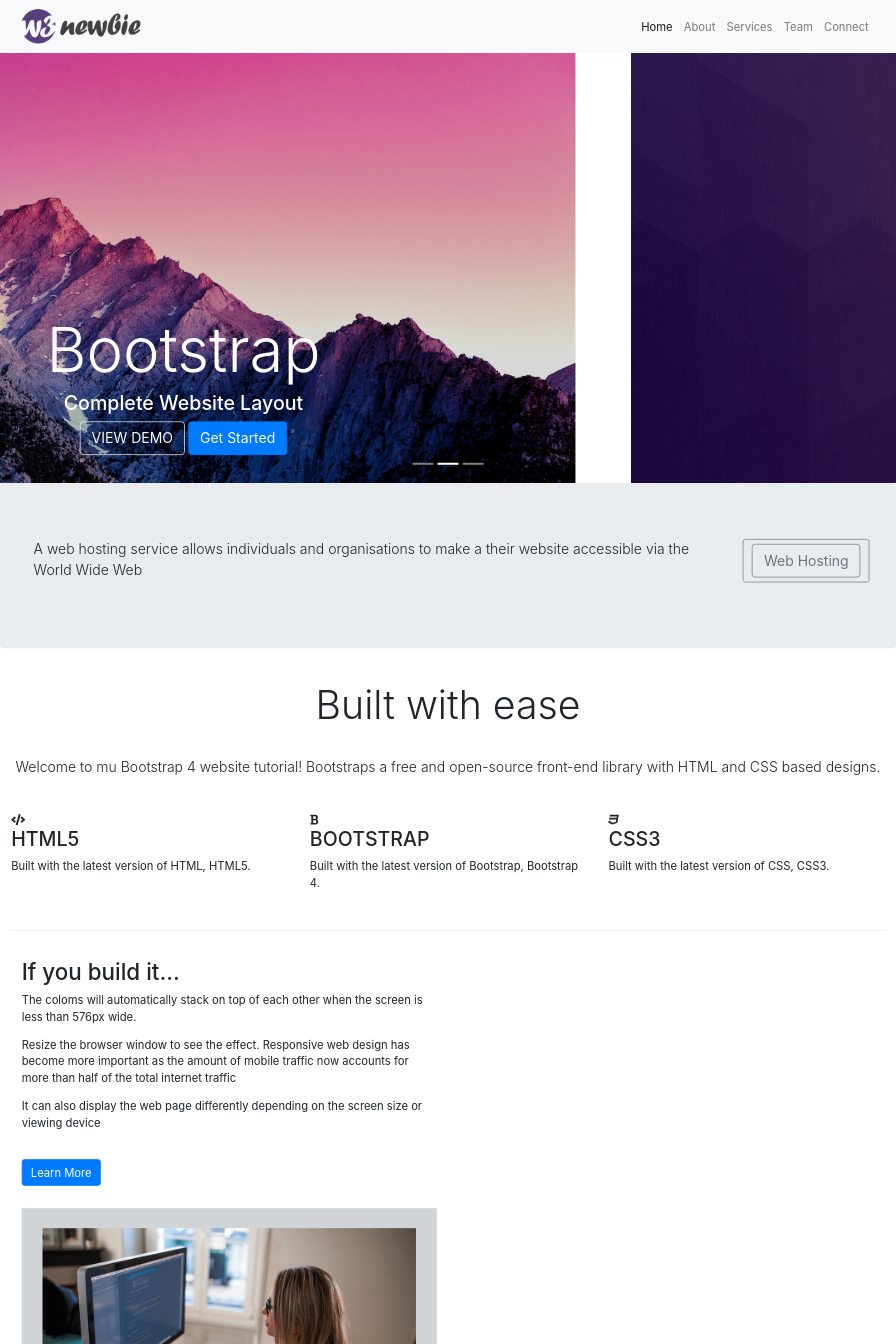
Repository: rkyankya/Bootstrap-1
Page: index.html
The author's editor kept a copy of each file at every save. The page is drawn from the files as they stood at one save, then again after the next save.
The browser window is 1280 px wide. The pictures show the part of the page from y = 0 to 1920 px (the page is 2836 px tall), at 70% of full size.
Some web libraries are served in a nearby version.

Above is the page before, as saved 2019-12-16 11:23:10.

### index.html
<!DOCTYPE html>
<html lang="en">

<head>
    <meta charset="utf-8">
    <meta name="viewport" content="width=device-width, initial-scale=1">
    <title>Complete Bootstrap 4 Website Layout</title>
    <link rel="stylesheet" href="https://maxcdn.bootstrapcdn.com/bootstrap/4.0.0/css/bootstrap.min.css">
    <script src="https://ajax.googleapis.com/ajax/libs/jquery/3.3.1/jquery.min.js"></script>
    <script src="https://cdnjs.cloudflare.com/ajax/libs/popper.js/1.12.9/umd/popper.min.js"></script>
    <script src="https://maxcdn.bootstrapcdn.com/bootstrap/4.0.0/js/bootstrap.min.js"></script>
    <script src="https://use.fontawesome.com/releases/v5.0.8/js/all.js"></script>
    <link href="style.css" rel="stylesheet">
</head>

<body>

    <!-- Navigation -->
    <nav class="navbar navbar-expand-md navbar-light bg-light sticky-top">
        <div class="container-fluid">
            <a class="navbar-brand" href="#"><img src="img/logo.png" alt="#"></a>
            <button class="navbar-toggler" type="button" data-toggler="collapse" data-target="#navbarResponsive">
          <span class="navbar-toggler-icon"></span>
        </button>
            <div class="collapse navbar-collapse" id="navbarResponsive">
                <ul class="navbar-nav ml-auto">
                    <li class="nav-item active">
                        <a class="nav-link" href="#">Home</a>
                    </li>
                    <li class="nav-item">
                        <a class="nav-link" href="#">About</a>
                    </li>
                    <li class="nav-item">
                        <a class="nav-link" href="#">Services</a>
                    </li>
                    <li class="nav-item">
                        <a class="nav-link" href="#">Team</a>
                    </li>
                    <li class="nav-item">
                        <a class="nav-link" href="#">Connect</a>
                    </li>
                </ul>
            </div>
        </div>
    </nav>

    <!--- Image Slider -->
    <div id="slides" class="carousel slide" data-ride="carousel">
        <ul class="carousel-indicators">
            <li data-target="#slides" data-slide-to="0" class="active"></li>
            <li data-target="#slides" data-slide-to="1"></li>
            <li data-target="#slides" data-slide-to="2"></li>
        </ul>
        <div class="carousel-inner">
            <div class="carousel-item active">
                <img src="img/background.png" alt="#">
                <div class="carousel-caption">
                    <h1 class="display-2">Bootstrap</h1>
                    <h3>Complete Website Layout</h3>
                    <button type="button" class="btn btn-outline-light btn-lg">VIEW DEMO</button>
                    <button type="button" class="btn btn-primary btn-lg">Get Started</button>
                </div>
            </div>
            <div class="carousel-item">
                <img src="img/background2.png" alt="#">
            </div>
            <div class="carousel-item">
                <img src="img/background3.png" alt="#">
            </div>
        </div>
    </div>

    <!--- Jumbotron -->
    <div class="container-fluid">
        <div class="row jumbotron">
            <div class="col-xs-12 col-sm-12 col-md-9 col-lg-9 col-xl-10">
                <!--Bootstrap has 12 coloms the 12 describes the coloms to take-->
                <p class="lead">A web hosting service allows individuals and organisations to make a their website accessible via the World Wide Web
                </p>
            </div>
            <div class="col-xs-12 col-sm-12 col-md-3 col-lg-3 col-xl-2">
                <a href="#" class="btn btn-outline-secondary">
                    <button type="button" class="btn btn-outline-secondary btn-lg">Web Hosting</button>
                </a>
            </div>
        </div>
    </div>


    <!--- Welcome Section -->
    <div class="container-fluid padding">
        <div class="row welcome text-center">
            <div class="col-12">
                <h1 class="display-4">Built with ease</h1>
            </div>
            <hr class="my-4">
            <div class="col-12">
                <p class="lead">Welcome to mu Bootstrap 4 website tutorial! Bootstraps a free and open-source front-end library with HTML and CSS based designs.
                </p>
            </div>
        </div>
    </div>

    <!--- Three Column Section -->
    <div class="container-fluid padding">
        <div class="row text-centre padding">
            <div class="col-xs-12 col-sm-6 col-md-4">
                <i class="fas fa-code"></i>
                <h3>HTML5</h3>
                <p>Built with the latest version of HTML, HTML5.</p>
            </div>
            <div class="col-xs-12 col-sm-6 col-md-4">
                <i class="fas fa-bold"></i>
                <h3>BOOTSTRAP</h3>
                <p>Built with the latest version of Bootstrap, Bootstrap 4.</p>
            </div>
            <div class="col-sm-12 col-md-4">
                <i class="fab fa-css3"></i>
                <h3>CSS3</h3>
                <p>Built with the latest version of CSS, CSS3.</p>
            </div>
        </div>
        <hr class="my-4">
    </div>


    <!--- Two Column Section -->
    <div class="container-fluid padding">
        <div class="row-padding">
            <div class="col-md-12 col-lg-6">
                <h2>If you build it...</h2>
                <p>The coloms will automatically stack on top of each other when the screen is less than 576px wide.</p>
                <p>Resize the browser window to see the effect. Responsive web design has become more important as the amount of mobile traffic now accounts for more than half of the total internet traffic</p>
                <p>It can also display the web page differently depending on the screen size or viewing device</p>
                <br>
                <a href="#" class="btn btn-primary">Learn More</a>
            </div>
            <div class="col-lg-6">
                <img src="img/desk.png" class="img-fluid" alt="#">
            </div>
        </div>
    </div>

    <hr class="my-4">

    <!--- Fixed background -->
    <figure>
        <div class="fixed-wrap">
            <div id="fixed"></div>
        </div>
    </figure>


    <!--- Emoji Section -->
    <button class="fun" data-toggle="collapse" data-target="#emoji">Click For Fun</button>
    <div id="emoji" class="collapse">
        <div class="container-fluid padding">
            <div class="row text-center">
                <div class="col-sm-6 col-md-3">
                    <img class="gif" src="img/gif/panda.gif" alt="#">
                </div>
                <div class="col-sm-6 col-md-3">
                    <img class="gif" src="img/gif/unicorn.gif" alt="#">
                </div>
                <div class="col-sm-6 col-md-3">
                    <img class="gif" src="img/gif/poo.gif" alt="#">
                </div>
                <div class="col-sm-6 col-md-3">
                    <img class="gif" src="img/gif/chicken.gif" alt="#">
                </div>
            </div>
        </div>
    </div>


    <!--- Meet the team -->
    <div class="container-fluid padding">
        <div class="row-welcome text-center">
            <div class="col-12">
                <h1 class="display-4"> Meet the Team</h1>
            </div>
        </div>
    </div>


    <!--- Cards -->
    <div class="container-fluid padding">
        <div class="row welcome text">
            <div class="col-md-4">
                <div class="card">
                    <img class="card-imd-top" src="img/team1.png" alt="#">
                    <div class="card-body">
                        <h4 class="card-title">John Doe</h4>
                        <p class="card-text">Joe is an internet entrepreneur with almost 20 years of experience</p>
                        <a href="#" class="btn btn-outline-secondary"> See Profile</a>
                    </div>
                </div>
            </div>
        </div>
    </div>


    <!--- Two Column Section -->


    <!--- Connect -->


    <!--- Footer -->




</body>

</html>

### style.css
@import url("https://fonts.googleapis.com/css?family=Poppins:400,500,700");
@import url("https://fonts.googleapis.com/css?family=Poppins:400,500,700");

/* --- Media Queries -- */

@media (max-width: 992px) {}

@media (max-width: 768px) {}

@media (max-width: 576px) {}


/* ---Firefox Bug Fix -- */

.carousel-item {
    transition: -webkit-transform 0.5s ease;
    transition: transform 0.5s ease;
    transition: transform 0.5s ease, -webkit-transform 0.5s ease;
    -webkit-backface-visibility: visible;
    backface-visibility: visible;
}


/* --- Fixed Background Image -- */

figure {
    position: relative;
    width: 100%;
    height: 60%;
    margin: 0 !important;
}

.fixed-wrap {
    clip: rect(0, auto, auto, 0);
    position: absolute;
    top: 0;
    left: 0;
    width: 100%;
    height: 100%;
}

#fixed {
    background-image: url("img/mac.png");
    position: fixed;
    display: block;
    top: 0;
    left: 0;
    width: 100%;
    height: 100%;
    background-size: cover;
    background-position: center center;
    -webkit-transform: translateZ(0);
    transform: translateZ(0);
    will-change: transform;
}


/* --- Bootstrap Padding Fix -- */

[class*="col-"] {
    padding: 1rem;
}


/*
Extra small (xs) devices (portrait phones, less than 576px)
No media query since this is the default in Bootstrap

Small (sm) devices (landscape phones, 576px and up)
@media (min-width: 576px) { ... }

Medium (md) devices (tablets, 768px and up)
@media (min-width: 768px) { ... }

Large (lg) devices (desktops, 992px and up)
@media (min-width: 992px) { ... }

Extra (xl) large devices (large desktops, 1200px and up)
@media (min-width: 1200px) { ... }
*/


/* ---Media Queries -- */

@media (max-width: 992px) {}

@media (max-width: 768px) {}

@media (max-width: 576px) {}


/* ---Firefox Bug Fix -- */

.carousel-item {
    transition: -webkit-transform 0.5s ease;
    transition: transform 0.5s ease;
    transition: transform 0.5s ease, -webkit-transform 0.5s ease;
    -webkit-backface-visibility: visible;
    backface-visibility: visible;
}


/* --- Fixed Background Image -- */

figure {
    position: relative;
    width: 100%;
    height: 60%;
    margin: 0 !important;
}

.fixed-wrap {
    clip: rect(0, auto, auto, 0);
    position: absolute;
    top: 0;
    left: 0;
    width: 100%;
    height: 100%;
}

#fixed {
    background-image: url("img/mac.png");
    position: fixed;
    display: block;
    top: 0;
    left: 0;
    width: 100%;
    height: 100%;
    background-size: cover;
    background-position: center center;
    -webkit-transform: translateZ(0);
    transform: translateZ(0);
    will-change: transform;
}


/* --- Bootstrap Padding Fix -- */

[class*="col-"] {
    padding: 1rem;
}


/*
Extra small (xs) devices (portrait phones, less than 576px)
No media query since this is the default in Bootstrap

Small (sm) devices (landscape phones, 576px and up)
@media (min-width: 576px) { ... }

Medium (md) devices (tablets, 768px and up)
@media (min-width: 768px) { ... }

Large (lg) devices (desktops, 992px and up)
@media (min-width: 992px) { ... }

Extra (xl) large devices (large desktops, 1200px and up)
@media (min-width: 1200px) { ... }
*/

After the next save:
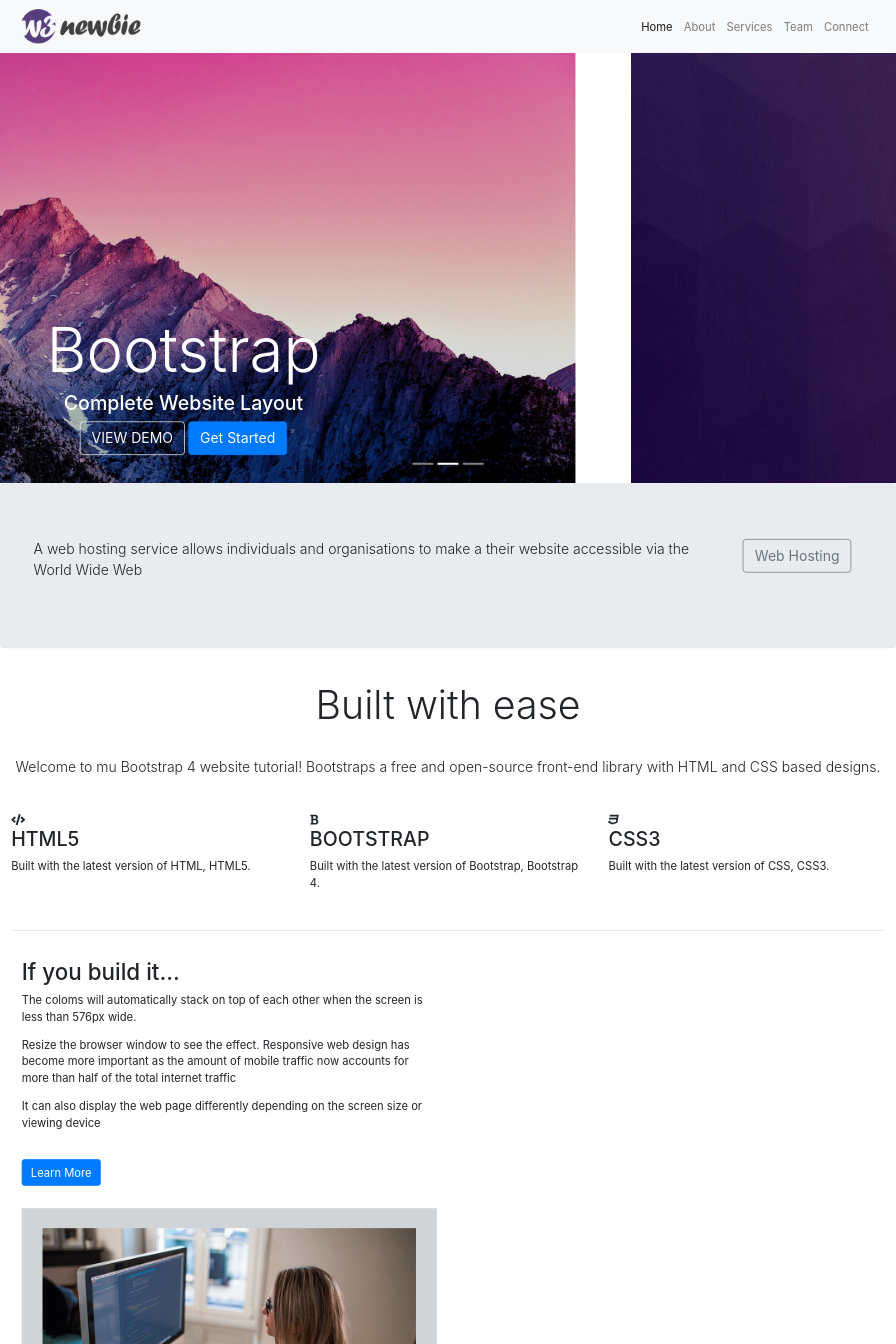
Saved 18 s later.
--- a/index.html
+++ b/index.html
@@ -79,7 +79,7 @@
                 </p>
             </div>
             <div class="col-xs-12 col-sm-12 col-md-3 col-lg-3 col-xl-2">
-                <a href="#" class="btn btn-outline-secondary">
+                <a href="#">
                     <button type="button" class="btn btn-outline-secondary btn-lg">Web Hosting</button>
                 </a>
             </div>
